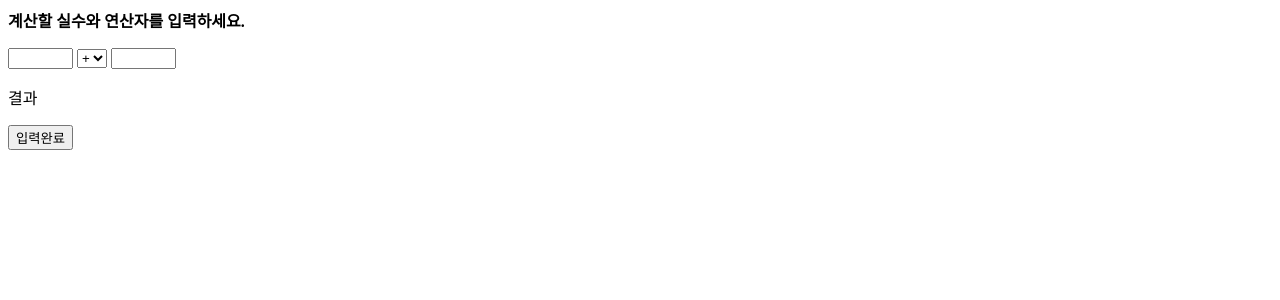
Repository: suhyun6363/JSP
Page: http://localhost/SecondProject/calFormHome.jsp
The author's editor kept a copy of each file at every save. The page is drawn from the files as they stood at one save, then again after the next save.
The browser window is 1280 px wide. The pictures show the whole page.
The page is served by Tomcat 9.

Above is the page before, as saved 2023-04-29 20:30:34.

### SecondProject/WebContent/calFormHome.jsp
<%@ page language="java" contentType="text/html; charset=UTF-8"
    pageEncoding="UTF-8"%>
<!DOCTYPE html>
<html>
<head>
<meta name="viewport" content="width=device-width,initial-scale=1.0"/>
<meta charset="UTF-8">
<title>계산기</title>
<style type="text/css">
  div#result {
    width : 100px;
    height : 100px;
    vertical-align : middle;
  }
</style>

<script src="js/jquery-3.6.4.min.js"></script>
<script>
$(document).ready(function() {
	  $("#b1").click(function() {
		  $.ajax({
			   type: "post",
			   url: "calProHome.jsp",
			   data: {num1:$("#t1").val(), operator:$("#operator option:selected").val(), num2:$("#t2").val()},
			   success: function(data) {
				 $("#result").html(data);
			   },
			   error: function() {
				 alert("로드실패");
			   }
	  	  });
	  });
});
</script>
</head>
<body>
<b>계산할 실수와 연산자를 입력하세요.</b><p>
<input type="text" id="t1" size=5>
<select id="operator" name="operator">
		       <option selected value="+">+ </option>
		       <option value="-">- </option>
		       <option value="*">* </option>
		       <option value="/">/ </option>
</select>
<input type="text" id="t2" size=5><p>
<div id="table">결과</div><p>
<button id="b1">입력완료</button>
</body>
</html>

Loaded but not shown: SecondProject/WebContent/js/jquery-3.6.4.min.js (library)

After the next save:
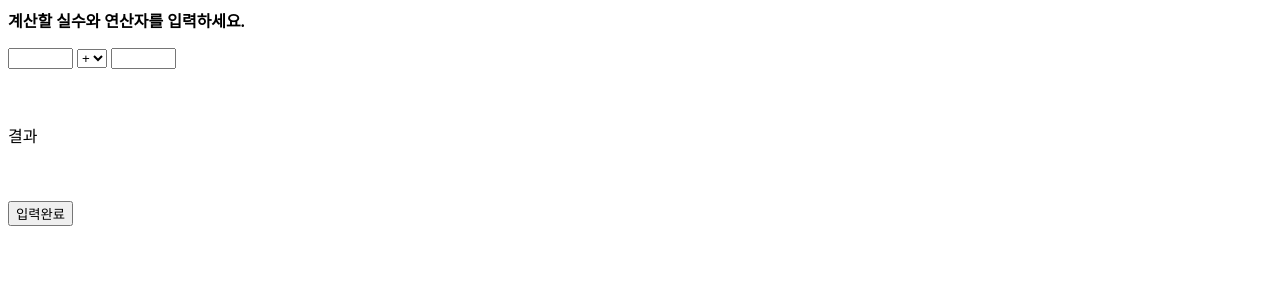
Saved 12 min 45 s later.
--- a/SecondProject/WebContent/calFormHome.jsp
+++ b/SecondProject/WebContent/calFormHome.jsp
@@ -7,10 +7,14 @@
 <meta charset="UTF-8">
 <title>계산기</title>
 <style type="text/css">
-  div#result {
-    width : 100px;
+  .parent {
+  	display : table;
+    width : 200px;
     height : 100px;
-    vertical-align : middle;
+  }
+  .child{
+  	display : table-cell;
+  	vertical-align : middle;
   }
 </style>
 
@@ -43,7 +47,9 @@ $(document).ready(function() {
 		       <option value="/">/ </option>
 </select>
 <input type="text" id="t2" size=5><p>
-<div id="table">결과</div><p>
+<div class="parent">
+	<div class="child">결과</div>
+</div><p>
 <button id="b1">입력완료</button>
 </body>
 </html>
